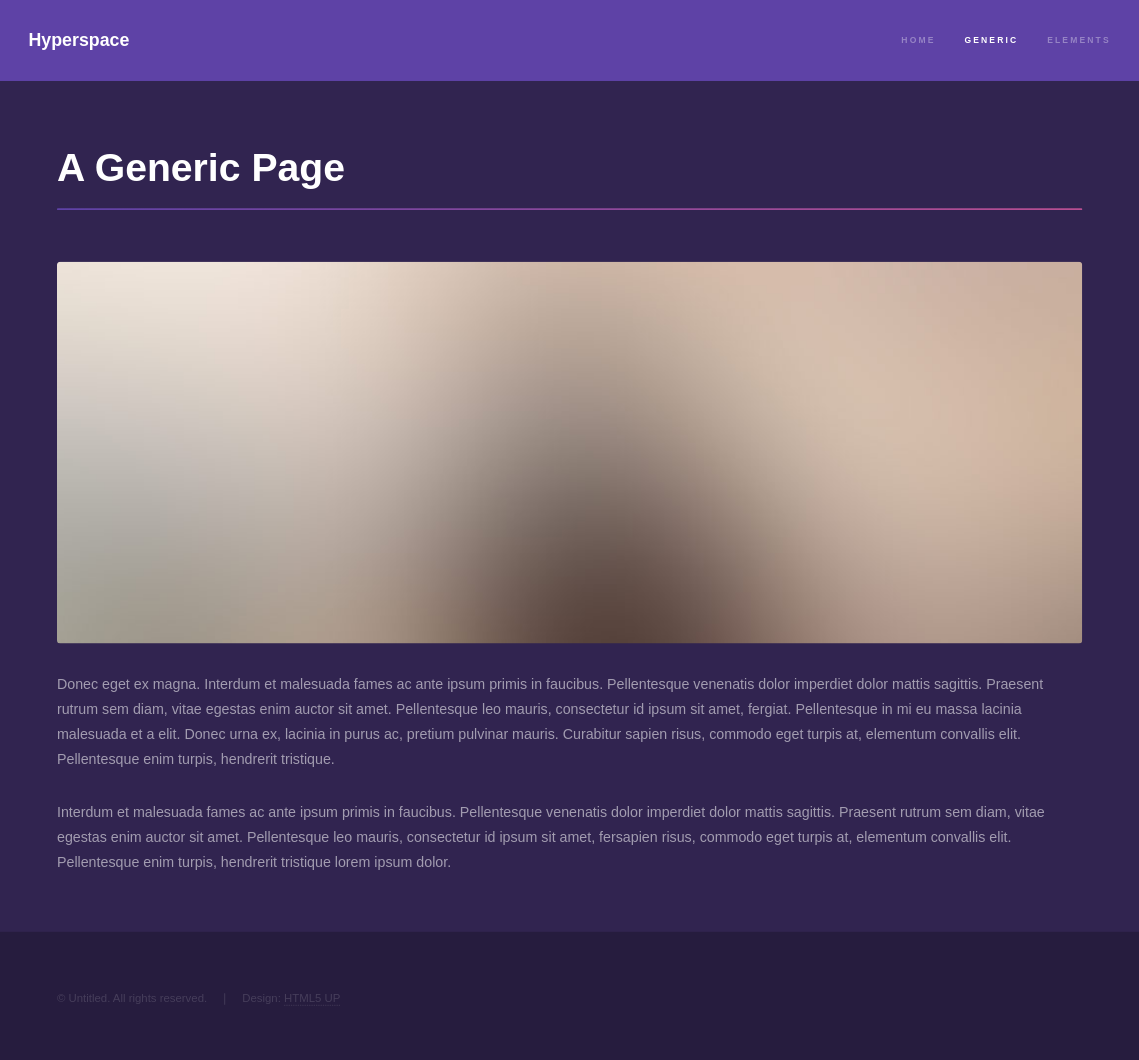
Repository: nocnoc94/nocnoc94.github.io
Page: who-we-are.html
The author's editor kept a copy of each file at every save. The page is drawn from the files as they stood at one save, then again after a run of saves.
The browser window is 1280 px wide. The pictures show the whole page, at 89% of full size.

Above is the page before, as saved 2024-02-21 21:53:47.

### who-we-are.html
<!DOCTYPE HTML>
<!--
	Hyperspace by HTML5 UP
	html5up.net | @ajlkn
	Free for personal and commercial use under the CCA 3.0 license (html5up.net/license)
-->
<html>
	<head>
		<title>Generic - Hyperspace by HTML5 UP</title>
		<meta charset="utf-8" />
		<meta name="viewport" content="width=device-width, initial-scale=1, user-scalable=no" />
		<link rel="stylesheet" href="/static/css/main.css" />
		<noscript><link rel="stylesheet" href="/static/css/noscript.css" /></noscript>
	</head>
	<body class="is-preload">

		<!-- Header -->
			<header id="header">
				<a href="index.html" class="title">Hyperspace</a>
				<nav>
					<ul>
						<li><a href="index.html">Home</a></li>
						<li><a href="generic.html" class="active">Generic</a></li>
						<li><a href="elements.html">Elements</a></li>
					</ul>
				</nav>
			</header>

		<!-- Wrapper -->
			<div id="wrapper">

				<!-- Main -->
					<section id="main" class="wrapper">
						<div class="inner">
							<h1 class="major">A Generic Page</h1>
							<span class="image fit"><img src="/static/images/pic04.jpg" alt="" /></span>
							<p>Donec eget ex magna. Interdum et malesuada fames ac ante ipsum primis in faucibus. Pellentesque venenatis dolor imperdiet dolor mattis sagittis. Praesent rutrum sem diam, vitae egestas enim auctor sit amet. Pellentesque leo mauris, consectetur id ipsum sit amet, fergiat. Pellentesque in mi eu massa lacinia malesuada et a elit. Donec urna ex, lacinia in purus ac, pretium pulvinar mauris. Curabitur sapien risus, commodo eget turpis at, elementum convallis elit. Pellentesque enim turpis, hendrerit tristique.</p>
							<p>Interdum et malesuada fames ac ante ipsum primis in faucibus. Pellentesque venenatis dolor imperdiet dolor mattis sagittis. Praesent rutrum sem diam, vitae egestas enim auctor sit amet. Pellentesque leo mauris, consectetur id ipsum sit amet, fersapien risus, commodo eget turpis at, elementum convallis elit. Pellentesque enim turpis, hendrerit tristique lorem ipsum dolor.</p>
						</div>
					</section>

			</div>

		<!-- Footer -->
			<footer id="footer" class="wrapper alt">
				<div class="inner">
					<ul class="menu">
						<li>&copy; Untitled. All rights reserved.</li><li>Design: <a href="http://html5up.net">HTML5 UP</a></li>
					</ul>
				</div>
			</footer>

		<!-- Scripts -->
			<script src="/static/js/jquery.min.js"></script>
			<script src="/static/js/jquery.scrollex.min.js"></script>
			<script src="/static/js/jquery.scrolly.min.js"></script>
			<script src="/static/js/browser.min.js"></script>
			<script src="/static/js/breakpoints.min.js"></script>
			<script src="/static/js/util.js"></script>
			<script src="/static/js/main.js"></script>

	</body>
</html>

Loaded but not shown: static/js/jquery.min.js (library); static/js/jquery.scrollex.min.js (common file); static/js/jquery.scrolly.min.js (common file); static/js/browser.min.js (common file); static/js/breakpoints.min.js (common file); static/css/fontawesome-all.min.css (library); static/js/util.js (587 lines, source omitted); static/js/main.js (190 lines, source omitted); static/css/main.css (3909 lines, source omitted)

After the next 3 saves:
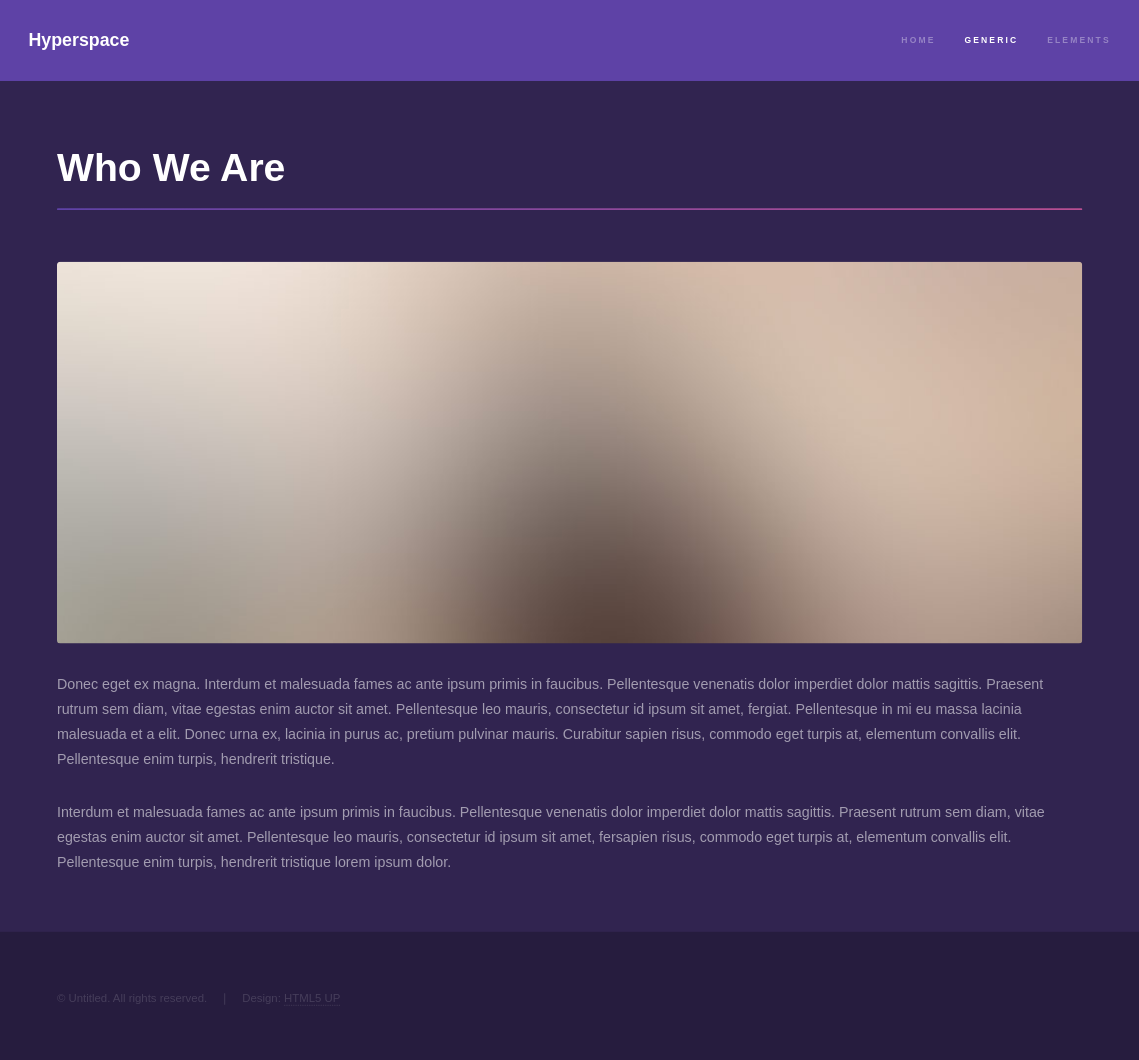
The 3 saves are shown as one change because they came seconds apart.
The last was saved 9 s later.
--- a/who-we-are.html
+++ b/who-we-are.html
@@ -32,7 +32,7 @@
 				<!-- Main -->
 					<section id="main" class="wrapper">
 						<div class="inner">
-							<h1 class="major">A Generic Page</h1>
+							<h1 class="major">Who We Are</h1>
 							<span class="image fit"><img src="/static/images/pic04.jpg" alt="" /></span>
 							<p>Donec eget ex magna. Interdum et malesuada fames ac ante ipsum primis in faucibus. Pellentesque venenatis dolor imperdiet dolor mattis sagittis. Praesent rutrum sem diam, vitae egestas enim auctor sit amet. Pellentesque leo mauris, consectetur id ipsum sit amet, fergiat. Pellentesque in mi eu massa lacinia malesuada et a elit. Donec urna ex, lacinia in purus ac, pretium pulvinar mauris. Curabitur sapien risus, commodo eget turpis at, elementum convallis elit. Pellentesque enim turpis, hendrerit tristique.</p>
 							<p>Interdum et malesuada fames ac ante ipsum primis in faucibus. Pellentesque venenatis dolor imperdiet dolor mattis sagittis. Praesent rutrum sem diam, vitae egestas enim auctor sit amet. Pellentesque leo mauris, consectetur id ipsum sit amet, fersapien risus, commodo eget turpis at, elementum convallis elit. Pellentesque enim turpis, hendrerit tristique lorem ipsum dolor.</p>
